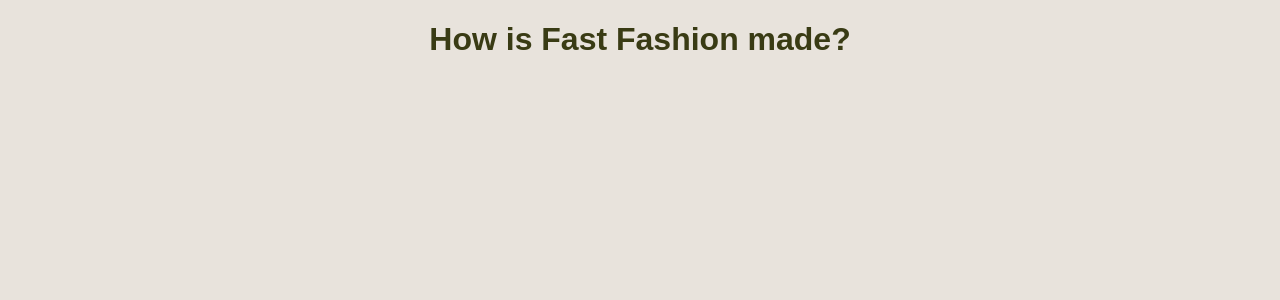
Repository: DevOfHockey/mdia-2190-midterm
Page: fashionlabor.html
An editor plug-in stored every save of this project. The page is shown before and after the next save, followed by the edit.
The browser window is 1280 px wide. The pictures show the whole page.

Above is the page before, as saved 2022-03-01 12:47:39.

After the next save:
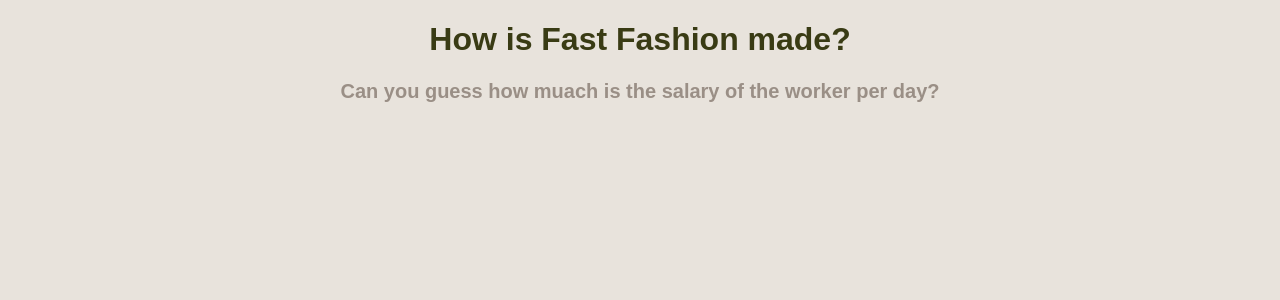
Saved 23 s later.
--- a/fashionlabor.html
+++ b/fashionlabor.html
@@ -4,7 +4,7 @@
     <title>Fashion Labor</title>
     <script src="comps/header.js"></script>
     <script src="comps/subheading.js"></script>
-    <script src="comps/subheading.js"></script>
+    <script src="comps/infobox.js"></script>
   </head>
   <!-- CSS STYLESHEET -->
   <style>
